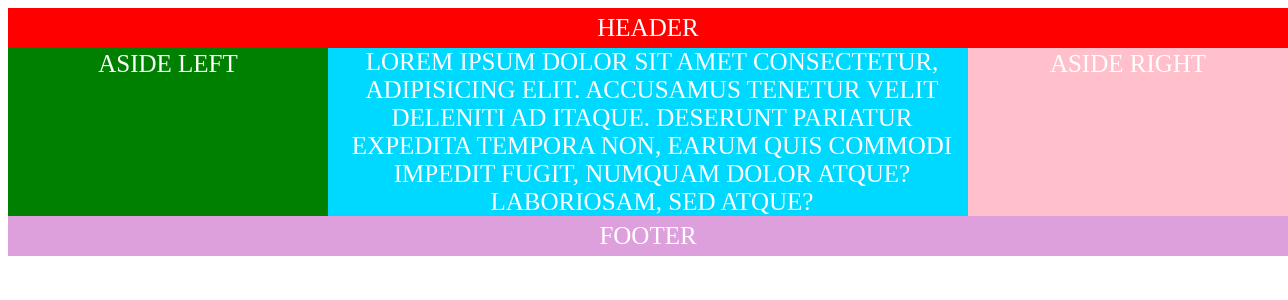
Repository: magdaf41/CSS
Page: zadanie_7/index.html
These files come from the project's save history. The page is drawn as it stood at one moment and after the next save; the edit follows.
The browser window is 1280 px wide. The page is 1288 px wide, so the pictures cover 1288 px, including what lies to the right of the window. The pictures show the whole page.

Above is the page before, as saved 2020-08-24 21:24:48.

### zadanie_7/index.html
<!DOCTYPE html>
<html lang="en">

<head>
    <meta charset="UTF-8">
    <meta name="viewport" content="width=device-width, initial-scale=1.0">
    <title>Document</title>
    <link rel="stylesheet" href="css/style.css">
</head>

<body>
    <h1>Header</h1>
    <main id="container">
        <aside id="left">Aside left</aside>
        <p>Lorem ipsum dolor sit amet consectetur, adipisicing elit. Accusamus tenetur velit deleniti ad itaque. Deserunt
            pariatur expedita tempora non, earum quis commodi impedit fugit, numquam dolor atque? Laboriosam, sed atque?</p>
        <aside id="right">Aside right</aside>
    </main>

    <footer>Footer</footer>
</body>

</html>

### zadanie_7/css/style.css
*{
    box-sizing: border-box;
    text-transform: uppercase;
    color: white;
    width: 100%;
    font-size: 25px;
    text-align: center;
}

main {
    display: flex;
    align-content: flex-start;
}

h1{
    background-color: red;
    margin: auto;
    height: 10%;
    font-weight: normal;
    margin: auto;
    padding: 6px 0;
}

p{
    background-color: rgb(0, 217, 255);
    width: 50%;
    margin: 0;
    padding: 0 2px 0 10px;
}
aside{
    width: 25%;
    padding: 2px;
}

#left{
    background-color: green;
    float: left;
}
#right{
    background-color: pink;
    float: right;
}
footer{
    background-color: plum;
    height: 10%;
    padding: 6px 0;
}

@media screen and (max-width: 768px){
    main{
        flex-wrap: wrap-reverse;
        height: 100%;
    }
    p{
        width: 60%;
    }
    #right{
        width: 40%;
    }
    #left{
        width: 100%;
        height: 40%;
    }

After the next save:
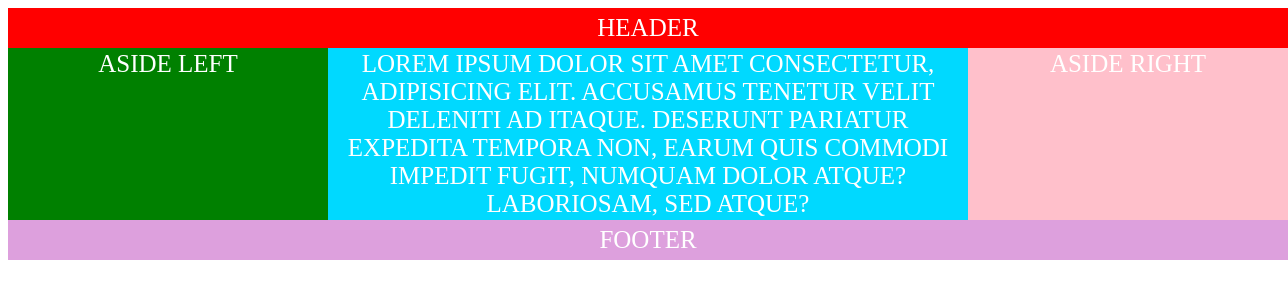
Saved 23 s later.
--- a/zadanie_7/css/style.css
+++ b/zadanie_7/css/style.css
@@ -25,7 +25,7 @@ p{
     background-color: rgb(0, 217, 255);
     width: 50%;
     margin: 0;
-    padding: 0 2px 0 10px;
+    padding: 2px 10px;
 }
 aside{
     width: 25%;
